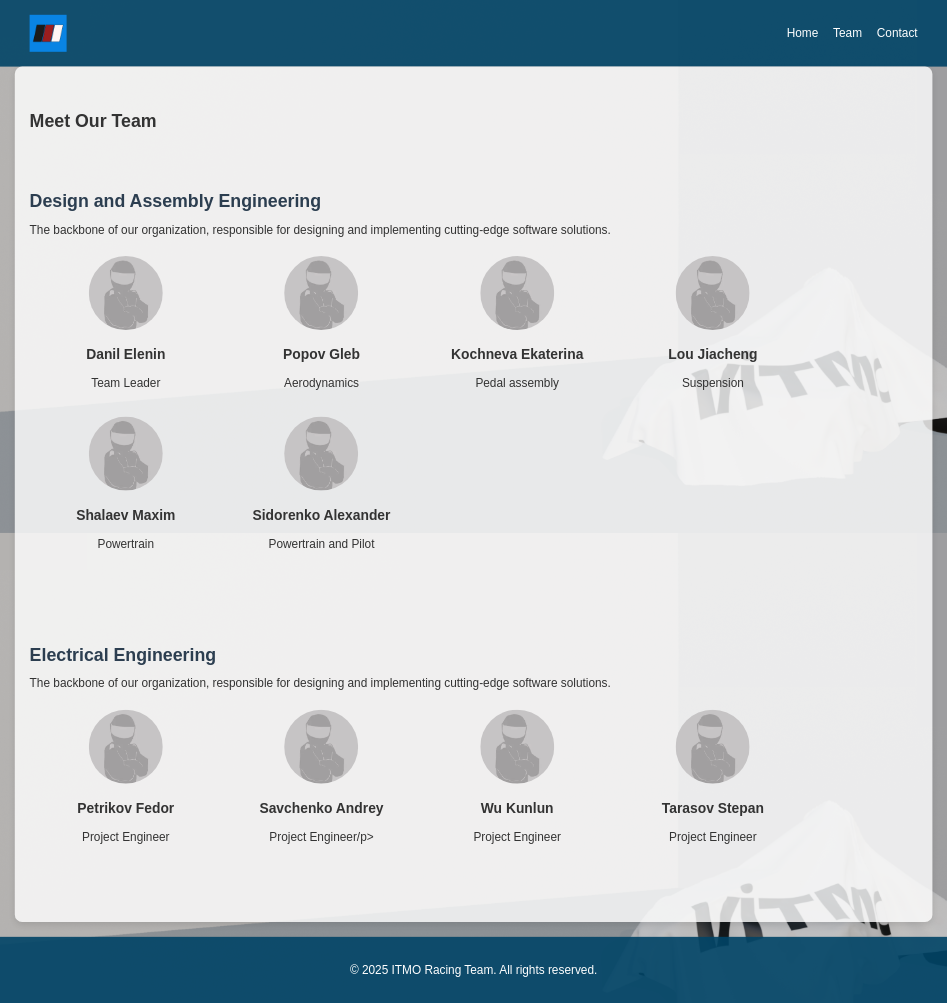
Repository: fs-itmo/fs-itmo.github.io
Page: team.html
An editor plug-in stored every save of this project. The page is shown before and after the next save, followed by the edit.
The browser window is 1280 px wide. The pictures show the whole page, at 74% of full size.
Backgrounds fixed to the window are drawn as part of the page.

Above is the page before, as saved 2024-12-30 15:03:07.

### team.html
<!DOCTYPE html>
<html lang="en">
<head>
    <meta charset="UTF-8">
    <meta name="viewport" content="width=device-width, initial-scale=1.0">
    <title>Team - Autonomous Systems</title>
    <link rel="stylesheet" href="css/style.css">
</head>
<body>
    <header>
        <div class="container">
            <img src="assets/images/logo.png" alt="Logo" class="logo">
            <nav>
                <ul>
                    <li><a href="index.html">Home</a></li>
                    <li><a href="team.html" class="active">Team</a></li>
                    <li><a href="#contact">Contact</a></li>
                </ul>
            </nav>
        </div>
    </header>

    <section class="team-section">
        <h1>Meet Our Team</h1>

        <!-- Development Department -->
        <div class="team-department">
            <h2>Design and Assembly Engineering</h2>
            <p>The backbone of our organization, responsible for designing and implementing cutting-edge software solutions.</p>
            <div class="team-member">
                <img src="assets/images/noname_pilot.png" alt="Danil Elenin">
                <h3>Danil Elenin</h3>
                <p>Team Leader</p>
            </div>
            <div class="team-member">
                <img src="assets/images/noname_pilot.png" alt="Popov Gleb">
                <h3>Popov Gleb</h3>
                <p>Aerodynamics</p>
            </div>
            <div class="team-member">
                <img src="assets/images/noname_pilot.png" alt="Kochneva Ekaterina">
                <h3>Kochneva Ekaterina</h3>
                <p>Pedal assembly</p>
            </div>
            <div class="team-member">
                <img src="assets/images/noname_pilot.png" alt="Lou Jiacheng">
                <h3>Lou Jiacheng</h3>
                <p>Suspension</p>
            </div>
            <div class="team-member">
                <img src="assets/images/noname_pilot.png" alt="Shalaev Maxim">
                <h3>Shalaev Maxim</h3>
                <p>Powertrain</p>
            </div>
            <div class="team-member">
              <img src="assets/images/noname_pilot.png" alt="Sidorenko Alexander">
              <h3>Sidorenko Alexander</h3>
              <p>Powertrain and Pilot</p>
          </div>
        </div>


        <!-- Development Department -->
        <div class="team-department">
          <h2>Electrical Engineering</h2>
          <p>The backbone of our organization, responsible for designing and implementing cutting-edge software solutions.</p>
          <div class="team-member">
              <img src="assets/images/noname_pilot.png" alt="Petrikov Fedor">
              <h3>Petrikov Fedor</h3>
              <p>Project Engineer</p>
          </div>
          <div class="team-member">
              <img src="assets/images/noname_pilot.png" alt="Savchenko Andrey">
              <h3>Savchenko Andrey</h3>
              <p>Project Engineer/p>
          </div>
          <div class="team-member">
              <img src="assets/images/noname_pilot.png" alt="Wu Kunlun">
              <h3>Wu Kunlun</h3>
              <p>Project Engineer</p>
          </div>
          <div class="team-member">
              <img src="assets/images/noname_pilot.png" alt="Tarasov Stepan">
              <h3>Tarasov Stepan</h3>
              <p>Project Engineer</p>
          </div>
        </div>

        <!-- Add more departments here if needed -->
    </section>

    <footer>
        <p>&copy; 2025 ITMO Racing Team. All rights reserved.</p>
    </footer>
</body>
</html>

### css/style.css
html, body {
    height: 100%;
    margin: 0;
    padding: 0;
}

body {
    font-family: Arial, sans-serif;
    margin: 0;
    padding: 0;
    color: #333;
    background: url('assets/images/title.png') no-repeat center center fixed;
    background-size: cover;
}

header {
    background-color: rgba(0, 68, 102, 0.9);
    padding: 20px 0;
}

header .container {
    display: flex;
    justify-content: space-between;
    align-items: center;
    max-width: 1200px;
    margin: 0 auto;
    padding: 0 20px;
}

header .logo {
    max-height: 50px;
}

header nav ul {
    list-style: none;
    display: flex;
    margin: 0;
    padding: 0;
}

header nav ul li {
    margin-left: 20px;
}

header nav ul li a {
    text-decoration: none;
    color: white;
    font-size: 16px;
}

section {
    padding: 40px 20px;
    max-width: 1200px;
    margin: 0 auto;
    background: rgba(255, 255, 255, 0.8);
    border-radius: 10px;
    box-shadow: 0 4px 8px rgba(0, 0, 0, 0.1);
}

/* section#home {
    background: rgba(244, 244, 244, 0.9);
    text-align: center;
    padding: 60px 20px;
    border-radius: 10px;
} */

section#home {
    background: url("../assets/images/title.png") no-repeat center center/cover;
    color: white;
    text-align: center;
    padding: 10px 10px;
    min-height: 100vh;
    width: 100vw;
}


footer {
    background-color: rgba(0, 68, 102, 0.9);
    color: white;
    text-align: center;
    padding: 20px 0;
    margin-top: 20px;
}

.team-section {
    display: flex;
    flex-direction: column;
    gap: 40px;
}
.team-department {
    margin-bottom: 40px;
}
.team-department h2 {
    color: #2c3e50;
    margin-bottom: 10px;
}


/* Team members layout */
.team-member {
    display: inline-block;
    width: 20%;
    text-align: center;
    margin: 10px;
}

.team-member img {
    width: 100px;
    height: 100px;
    border-radius: 50%;
    object-fit: cover;
}


/* автопилот
Новичков Дмитрий
Козак Борис
конструкторы
Попов Глеб
Кочнева Екатерина
Лоу Цзячэн
Шалаев Максим
Сидоренко Александр (пилот)
электротехника
Петриков Фёдор
Савченко Андрей
Ву Куньлунь
Тарасов Степан */

After the next save:
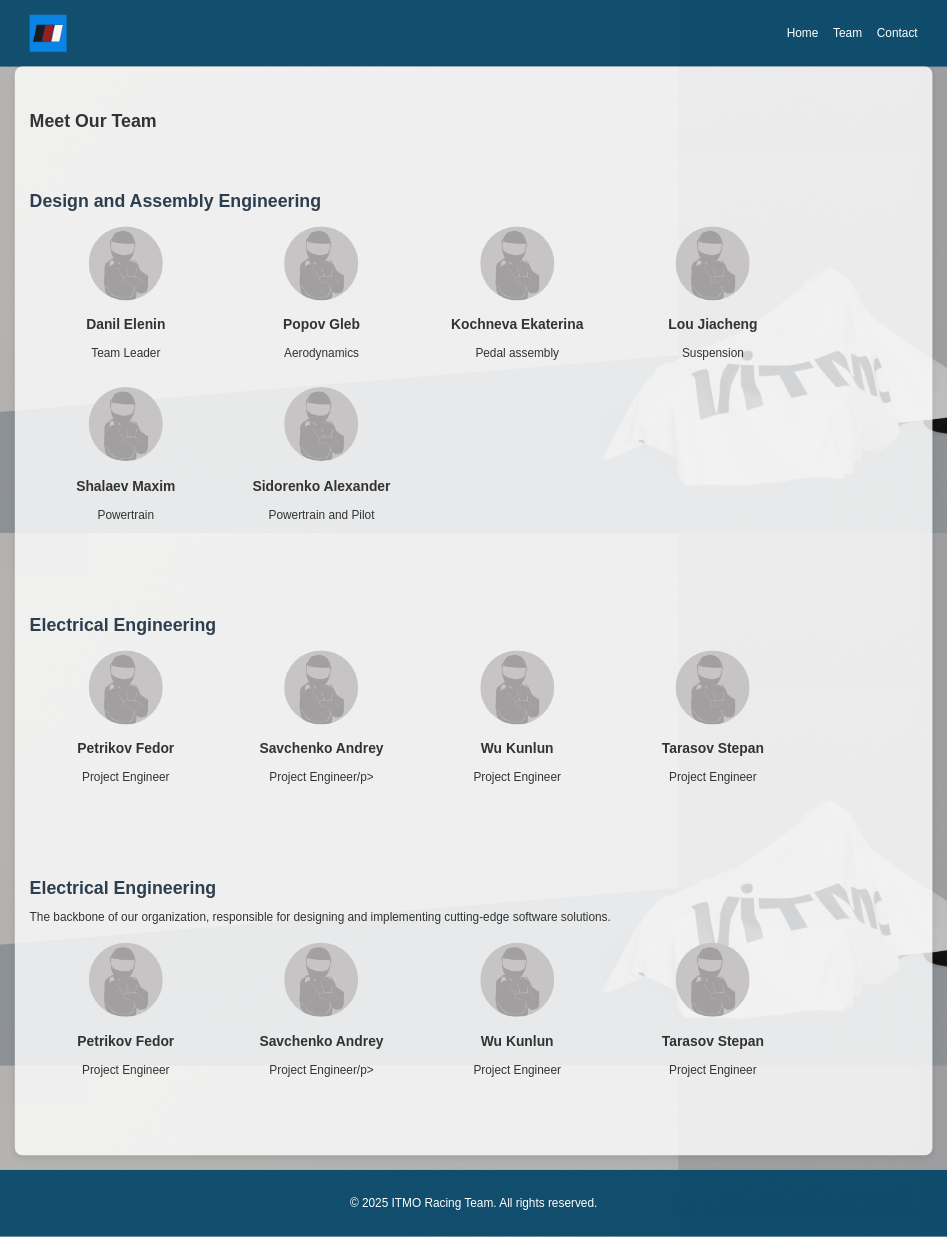
Saved 25 s later.
--- a/team.html
+++ b/team.html
@@ -26,7 +26,7 @@
         <!-- Development Department -->
         <div class="team-department">
             <h2>Design and Assembly Engineering</h2>
-            <p>The backbone of our organization, responsible for designing and implementing cutting-edge software solutions.</p>
+            <!-- <p>The backbone of our organization, responsible for designing and implementing cutting-edge software solutions.</p> -->
             <div class="team-member">
                 <img src="assets/images/noname_pilot.png" alt="Danil Elenin">
                 <h3>Danil Elenin</h3>
@@ -63,6 +63,32 @@
         <!-- Development Department -->
         <div class="team-department">
           <h2>Electrical Engineering</h2>
+          <!-- <p>The backbone of our organization, responsible for designing and implementing cutting-edge software solutions.</p> -->
+          <div class="team-member">
+              <img src="assets/images/noname_pilot.png" alt="Petrikov Fedor">
+              <h3>Petrikov Fedor</h3>
+              <p>Project Engineer</p>
+          </div>
+          <div class="team-member">
+              <img src="assets/images/noname_pilot.png" alt="Savchenko Andrey">
+              <h3>Savchenko Andrey</h3>
+              <p>Project Engineer/p>
+          </div>
+          <div class="team-member">
+              <img src="assets/images/noname_pilot.png" alt="Wu Kunlun">
+              <h3>Wu Kunlun</h3>
+              <p>Project Engineer</p>
+          </div>
+          <div class="team-member">
+              <img src="assets/images/noname_pilot.png" alt="Tarasov Stepan">
+              <h3>Tarasov Stepan</h3>
+              <p>Project Engineer</p>
+          </div>
+        </div>
+
+
+        <div class="team-department">
+          <h2>Electrical Engineering</h2>
           <p>The backbone of our organization, responsible for designing and implementing cutting-edge software solutions.</p>
           <div class="team-member">
               <img src="assets/images/noname_pilot.png" alt="Petrikov Fedor">
@@ -86,6 +112,7 @@
           </div>
         </div>
 
+
         <!-- Add more departments here if needed -->
     </section>
 
